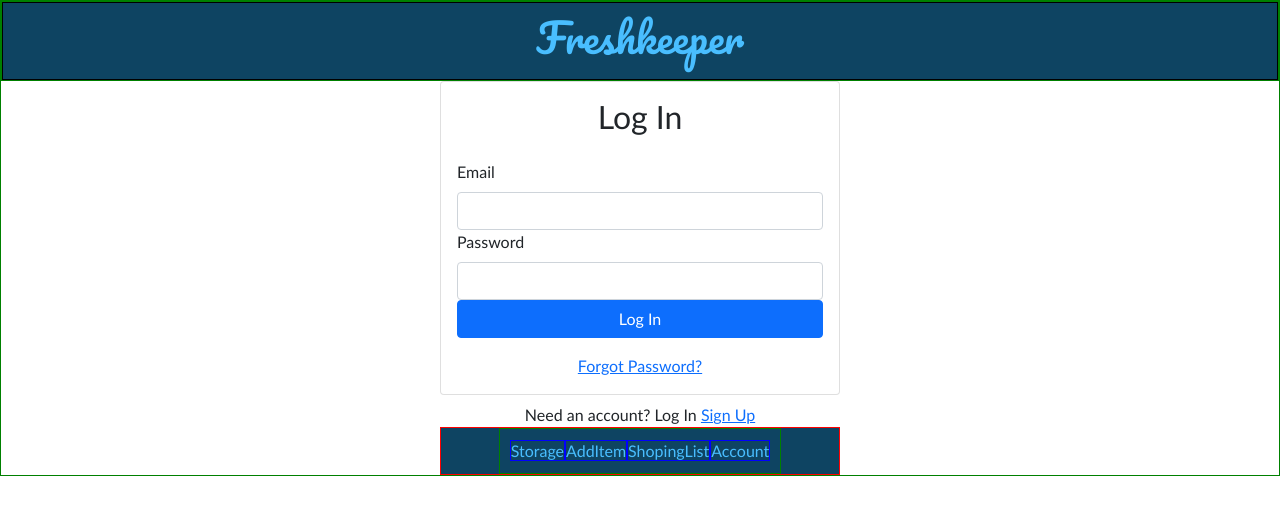
Repository: patrik-fredlund/freshkeeper-repo
Page: /
The author's editor kept a copy of each file at every save. The page is drawn from the files as they stood at one save, then again after the next save.
The browser window is 1280 px wide. The pictures show the whole page.
The project was rebuilt for these pictures with package versions that can differ from the ones it lists, and the page was loaded fresh each time. Also part of the build but not shown: src/components/Signup.js, src/components/Account.js, src/components/ForgotPassword.js, src/components/UpdateProfile.js, src/components/Storage.js, src/components/Shopinglist.js, src/components/AddItem.js.

Above is the page before, as saved 2021-10-15 22:47:49.

### public/index.html
<!DOCTYPE html>
<html lang="en">

<head>
  <meta charset="utf-8" />
  <link rel="icon" href="%PUBLIC_URL%/favicon.ico" />
  <meta name="viewport" content="width=device-width, initial-scale=1" />
  <meta name="theme-color" content="#000000" />
  <meta name="description" content="Web site created using create-react-app" />
  <link rel="apple-touch-icon" href="%PUBLIC_URL%/logo192.png" />

  <link rel="manifest" href="%PUBLIC_URL%/manifest.json" />

  <title>Freshkeeper</title>
</head>

<body>
  <noscript>You need to enable JavaScript to run this app.</noscript>
  <div id="root"></div>

</body>

</html>

### src/index.js
import React from 'react';
import ReactDOM from 'react-dom';
import App from './components/App';
import 'bootstrap/dist/css/bootstrap.min.css';

ReactDOM.render(
  <React.StrictMode>
    <App />
  </React.StrictMode>,
  document.getElementById('root')
);

### src/components/App.js
import { Container } from 'react-bootstrap';
import '../App.css';
import Signup from './Signup';
import { AuthProvider } from '../context/AuthContext';
import { BrowserRouter as Router, Switch, Route } from 'react-router-dom';
import Account from './Account';
import Login from './Login';
import PrivateRoute from './PrivateRoute';
import ForgotPassword from './ForgotPassword';
import UpdateProfile from './UpdateProfile';
import Storage from './Storage';
import { AppWrap } from './appStyles';
import Header from './header/header';
import ShopingList from './Shopinglist';
import AddItem from './AddItem';
import Navbar from './navbar/Navbar';

function App() {
  return (
    <AppWrap>
      <Header />
      <Container
        className='d-flex align-items-center justify-content-center'
        // style={{ minHeight: '10vh' }}
      >
        <div className='w-100' style={{ maxWidth: '400px' }}>
          <Router>
            <AuthProvider>
              <Switch>
                <PrivateRoute exact path='/' component={Storage} />
                <PrivateRoute path='/additem' component={AddItem} />
                <PrivateRoute path='/shopinglist' component={ShopingList} />
                <PrivateRoute path='/account' component={Account} />
                <PrivateRoute
                  path='/update-profile'
                  component={UpdateProfile}
                />
                <Route path='/signup' component={Signup} />
                <Route path='/login' component={Login} />
                <Route path='/forgot-password' component={ForgotPassword} />
              </Switch>
              <Navbar />
            </AuthProvider>
          </Router>
        </div>
      </Container>
    </AppWrap>
  );
}

export default App;

### src/App.css
@import url('https://fonts.googleapis.com/css2?family=Pacifico&display=swap');

* {
  box-sizing: border-box;
  margin: 0;
  padding: 0;
  font-family: 'Gill Sans', 'Gill Sans MT', Calibri, 'Trebuchet MS', sans-serif;
}

.container {
  display: flex;
  flex-direction: column;
  justify-content: center;
  align-items: center;
}

.top_nav {
  display: flex;
  flex-direction: row;
  justify-content: center;
  align-items: center;
  padding: 14px 16px 14px 18px;

  position: absolute;
  width: 414px;
  height: 65px;
  left: 0px;
  top: 0px;

  background: #0e4462;
  border-radius: 4px;
}

.freshkeeper_header {
  position: static;

  font-family: 'Pacifico', cursive;

  font-weight: normal;
  font-size: 20px;

  display: flex;
  align-items: center;
  text-align: center;

  color: #49beff;

  /* Inside Auto Layout */

  flex: none;
  order: 0;
  flex-grow: 0;
  margin: 0px 10px;
}

### src/context/AuthContext.js
import React, { useContext, useState, useEffect } from 'react';
import { auth } from '../firebase';

const AuthContext = React.createContext();

export function useAuth() {
  return useContext(AuthContext);
}

export function AuthProvider({ children }) {
  const [currentUser, setCurrentUser] = useState();
  const [loading, setLoading] = useState(true);

  function signup(email, password) {
    return auth.createUserWithEmailAndPassword(email, password);
  }

  function login(email, password) {
    return auth.signInWithEmailAndPassword(email, password);
  }

  function logout() {
    return auth.signOut();
  }

  function resetPassword(email) {
    return auth.sendPasswordResetEmail(email);
  }

  function updateEmail(email) {
    return currentUser.updateEmail(email);
  }

  function updatePassword(password) {
    return currentUser.updatePassword(password);
  }

  useEffect(() => {
    const unsubscribe = auth.onAuthStateChanged((user) => {
      setCurrentUser(user);
      setLoading(false);
    });
    return unsubscribe;
  }, []);

  const value = {
    currentUser,
    login,
    signup,
    logout,
    resetPassword,
    updateEmail,
    updatePassword,
  };

  return (
    <AuthContext.Provider value={value}>
      {!loading && children}
    </AuthContext.Provider>
  );
}

### src/components/Login.js
import React, { useRef, useState } from 'react';
import { Form, Button, Card, Alert } from 'react-bootstrap';
import { useAuth } from '../context/AuthContext';
import { Link, useHistory } from 'react-router-dom';

export default function Login() {
  const emailRef = useRef();
  const passwordRef = useRef();
  const { login } = useAuth();
  const [error, setError] = useState('');
  const [loading, setLoading] = useState(false);
  const history = useHistory();

  async function handleSubmit(e) {
    e.preventDefault();

    try {
      setError('');
      setLoading(true);
      await login(emailRef.current.value, passwordRef.current.value);
      history.push('/');
    } catch {
      setError('Failed to Log In');
    }

    setLoading(false);
  }

  return (
    <>
      <Card>
        <Card.Body>
          <h2 className='text-center mb-4'>Log In</h2>

          {error && <Alert variant='danger'>{error}</Alert>}
          <Form onSubmit={handleSubmit}>
            <Form.Group id='email'>
              <Form.Label>Email</Form.Label>
              <Form.Control type='email' ref={emailRef} required />
            </Form.Group>
            <Form.Group id='password'>
              <Form.Label>Password</Form.Label>
              <Form.Control type='password' ref={passwordRef} required />
            </Form.Group>

            <Button disabled={loading} className='w-100' type='submit'>
              Log In
            </Button>
          </Form>
          <div className='w-100 text-center mt-3'>
            <Link to='/forgot-password'>Forgot Password?</Link>
          </div>
        </Card.Body>
      </Card>
      <div className='w-100 text-center mt-2'>
        Need an account? Log In <Link to='/signup'>Sign Up </Link>
      </div>
    </>
  );
}

### src/components/PrivateRoute.js
import React from 'react';
import { Route, Redirect } from 'react-router-dom';
import { useAuth } from '../context/AuthContext';

export default function PrivateRoute({ component: Component, ...rest }) {
  const { currentUser } = useAuth();

  return (
    <Route
      {...rest}
      render={(props) => {
        return currentUser ? (
          <Component {...props} />
        ) : (
          <Redirect to='/login' />
        );
      }}
    ></Route>
  );
}

### src/components/appStyles.js
import styled from 'styled-components';

export const AppWrap = styled.div`
  /* display: flex;
  flex-flow: column; */
  width: 100%;
  border: 1px solid green;
`;

### src/components/header/header.js
import React from 'react';
import GlobalStyle from '../globalStyles';
import { HeaderWrap } from './headerStyles';

function Header() {
  return (
    <HeaderWrap>
      <GlobalStyle />
      {/* <div className='top_nav'>
        <h2 className='freshkeeper_header'>Freshkeeper</h2>
      </div> */}
      <div className='headerContainer'>
        <h1>Freshkeeper</h1>
      </div>
    </HeaderWrap>
  );
}

export default Header;

### src/components/navbar/Navbar.js
import React from 'react';
import { AppWrap } from '../appStyles';
import { HeaderWrap } from '../header/headerStyles';
import { MenuList } from './MenuList';
import { NavbarStyles } from './navbarStyles';

const Navbar = () => {
  const menuList = MenuList.map(({ url, title, index }) => {
    return (
      <li key={index}>
        <a href={url}>{title}</a>
      </li>
    );
  });

  return (
    <NavbarStyles>
      <ul className='menu-list'>{menuList} </ul>
    </NavbarStyles>
  );
};

export default Navbar;

### src/firebase.js
import firebase from 'firebase/compat/app';
import 'firebase/compat/auth';

const app = firebase.initializeApp({
  apiKey: process.env.REACT_APP_FIREBASE_API_KEY,
  authDomain: process.env.REACT_APP_FIREBASE_AUTH_DOMAIN,
  projectId: process.env.REACT_APP_FIREBASE_PROJECT_ID,
  storageBucket: process.env.REACT_APP_FIREBASE_STORAGE_BUCKET,
  messagingSenderId: process.env.REACT_APP_FIREBASE_MESSAGE_SENDER_ID,
  appId: process.env.REACT_APP_FIREBASE_APP_ID,
});

export const auth = app.auth();
export default app;

### src/components/globalStyles.js
import { createGlobalStyle } from 'styled-components';

const GlobalStyle = createGlobalStyle`
@import url('https://fonts.googleapis.com/css2?family=Pacifico&display=swap');

  h1 {
     font-family: 'pacifico';
  }
`;

export default GlobalStyle;

### src/components/header/headerStyles.js
import styled from 'styled-components';

export const HeaderWrap = styled.div`
  width: 100%;
  border: 1px solid green;

  .headerContainer {
    border: 1px solid black;
    background-color: #0e4462;
    color: #49beff;
    padding: 10px 0;
    display: flex;
    align-items: center;
    justify-content: center;
  }
`;

### src/components/navbar/MenuList.js
export const MenuList = [
  {
    title: 'Storage',
    url: '/',
  },
  {
    title: 'AddItem',
    url: '/additem',
  },
  {
    title: 'ShopingList',
    url: '/shopinglist',
  },
  {
    title: 'Account',
    url: '/account',
  },
];

### src/components/navbar/navbarStyles.js
import styled from 'styled-components';

export const NavbarStyles = styled.div`
  border: 1px solid red;
  display: flex;
  max-width: 400px;
  align-items: center;
  background-color: #0e4462;

  .menu-list {
    margin: auto;
    list-style-type: none;
    display: flex;
    border: 1px solid green;
    padding: 10px 10px;
  }

  a {
    color: #49beff;
    align-items: center;
    text-decoration: none;
    border: 1px solid blue;
  }
`;

After the next save:
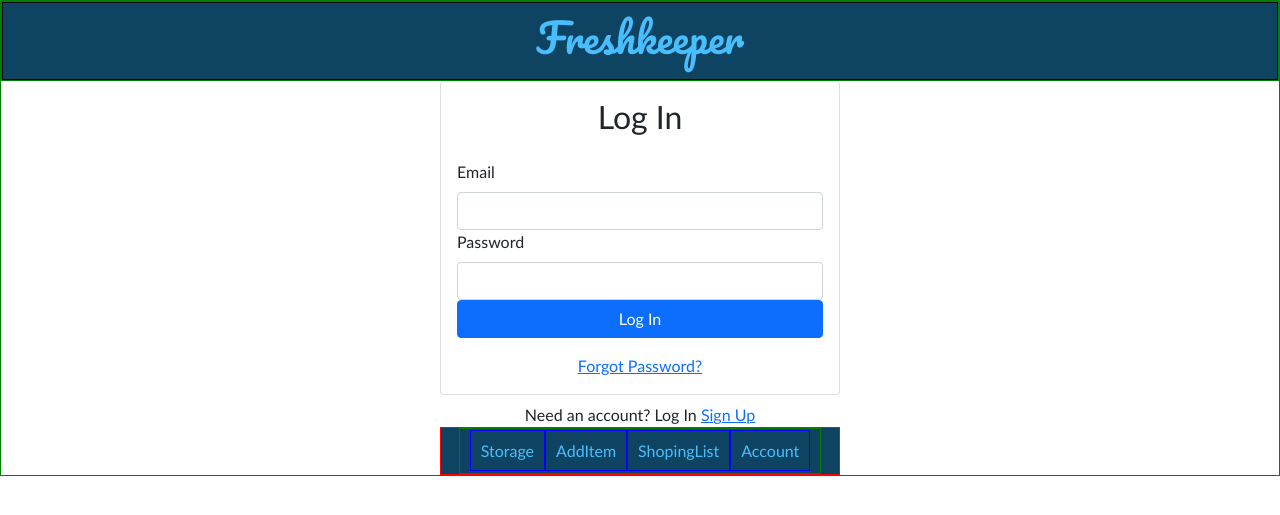
Saved 10 s later.
--- a/src/components/navbar/navbarStyles.js
+++ b/src/components/navbar/navbarStyles.js
@@ -20,5 +20,6 @@ export const NavbarStyles = styled.div`
     align-items: center;
     text-decoration: none;
     border: 1px solid blue;
+    padding: 10px 10px;
   }
 `;
